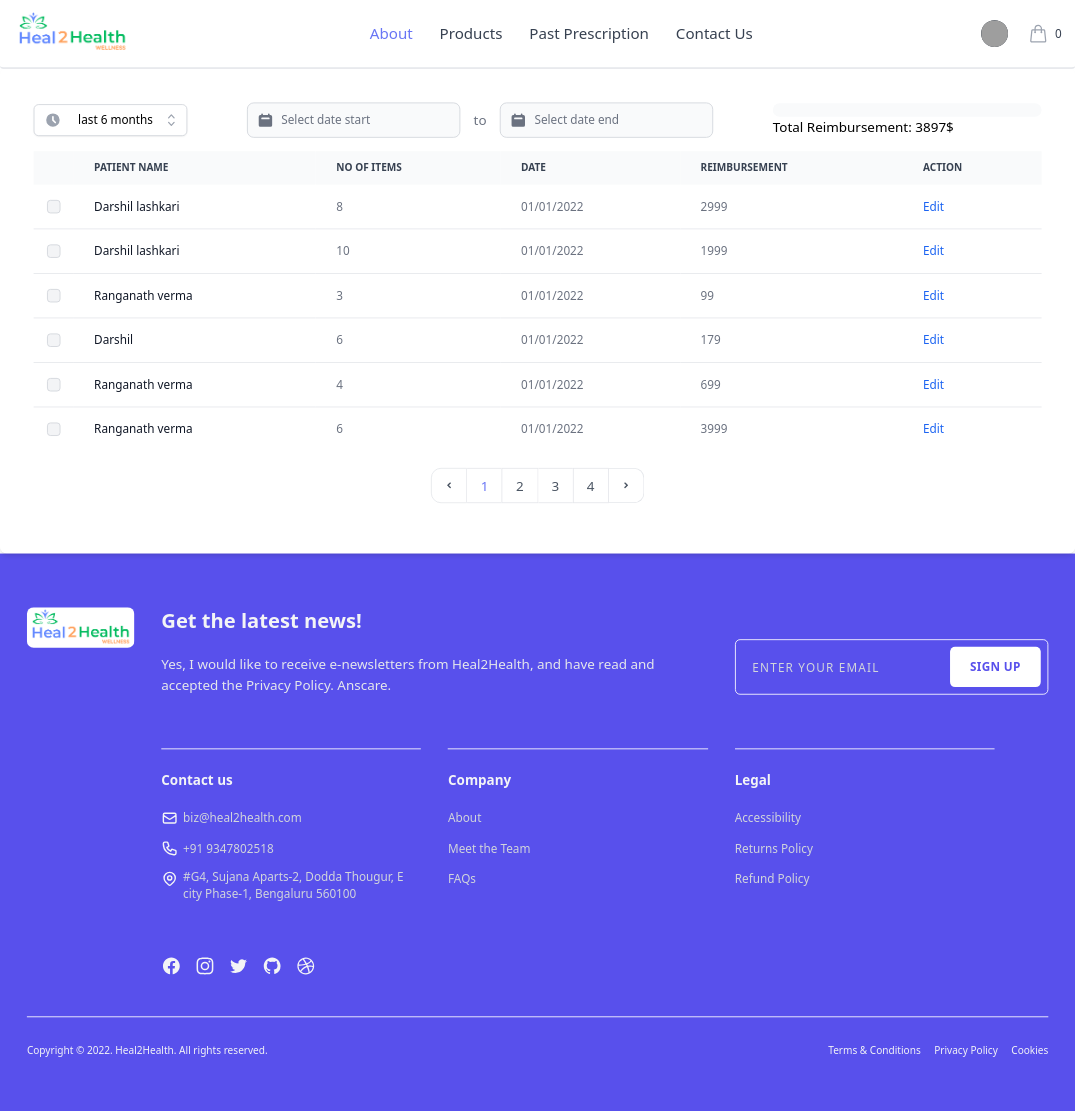
Repository: Akash123-coder/H2H
Page: /pastprescription (app in Frontend/)
An editor plug-in stored every save of this project. The page is shown before and after the next save, followed by the edit.
The browser window is 1280 px wide. The pictures show the whole page, at 84% of full size.
Pictures or frames that could not be fetched are drawn as grey boxes. The project was rebuilt for these pictures with package versions that can differ from the ones it lists, and the page was loaded fresh each time. Also part of the build but not shown: Frontend/vite.config.ts, Frontend/src/pages/About.tsx, Frontend/src/components/Cta.jsx, Frontend/src/pages/Home.jsx, Frontend/src/components/Product.tsx, Frontend/src/pages/Prescription.jsx, Frontend/src/pages/SignUp.jsx, Frontend/src/pages/Login.jsx and 1 more.

Above is the page before, as saved 2022-10-04 13:08:30.

### Frontend/index.html
<!DOCTYPE html>
<html lang="en">
  <head>
    <meta charset="UTF-8" />
    <link rel="icon" type="image/svg+xml" href="/vite.svg" />
    <meta name="viewport" content="width=device-width, initial-scale=1.0" />
    <title>Heal2Health</title>
  </head>
  <body>
    <div id="root"></div>
    <script type="module" src="/src/main.tsx"></script>
  </body>
</html>

### Frontend/src/main.tsx
import React from 'react'
import ReactDOM from 'react-dom/client'
import App from './App'
import './index.css'
import {BrowserRouter} from 'react-router-dom'

ReactDOM.createRoot(document.getElementById('root') as HTMLElement).render(
  <React.StrictMode>
    <BrowserRouter>
    <App />
    </BrowserRouter>
  </React.StrictMode>
)

### Frontend/src/App.jsx
import { Routes, Route } from "react-router-dom";
import Navbar from "./components/Navbar.jsx";
import { ShoppingCartProvider } from "./context/ShoppingCartContext";
import About from "./pages/About";
import Home from "./pages/Home";
import Prescription from "./pages/Prescription";
import SignUp from "./pages/SignUp";
import Footer from "./components/Footer";
import Login from "./pages/Login";
import Cart from "./pages/Cart";
import CompanyNameSelect from "./pages/CompanyNameSelect.jsx";
import PastPrescription from "./pages/PastPrescription.jsx";

function App() {
  return (
    <ShoppingCartProvider>
      <Navbar />
      <Routes>
        <Route path="/" element={<Home />} />
        <Route path="/prescription" element={<Prescription />} />
        <Route path="/about" element={<About />} />
        <Route path="/login" element={<Login />} />
        <Route path="/SignUp" element={<SignUp />} />
        <Route path="/pastprescription" element={<PastPrescription />} />
        {/* <Route path="/SignUp" element={<CompanyNameSelect />} /> */}
      </Routes>
      <Footer />
    </ShoppingCartProvider>
  );
}

export default App;

### Frontend/src/context/ShoppingCartContext.tsx
import {useContext ,useState, createContext ,ReactNode} from 'react'

const ShoppingCartContext = createContext({})

type ShoppingCartProviderProps ={
    children: ReactNode
}
type CartItem = {
    id: number
    quantity:number
}


type ShoppingCartContext ={
    CartQuantity:number
    CartItems:CartItem[]
    getItemQuantity:(id: number) => number
    increaseItemQuantity:(id: number) => void
    decreaseItemQuantity:(id: number) => void
    removeFromCart:(id: number) => void
}

export function useShoppingCart() {
  return ( useContext(ShoppingCartContext)
  )
}

export function ShoppingCartProvider({children}:ShoppingCartProviderProps){
    const [cartItems ,setCartItems] = useState<CartItem>([]);

    const CartQuantity = cartItems.reduce(
        (quantity ,item) => item.quantity + quantity,0
    )

    function getItemQuantity(id : number){
        return cartItems.find( item => item.id === id)?.quantity || 0
    }
    function increaseItemQuantity(id : number){
         setCartItems(currItems =>{
            if(currItems.find(item => item.id === id)==null){
                return [...currItems, {id , quantity : 1}]

            } else {
                return currItems.map(item =>{
                    if(item.id === id ){
                        return {...item ,quantity: item.quantity + 1}
                    }else{
                        return item
                    }
                })
            }
         })
    }
    function decreaseItemQuantity(id: number) {
        setCartItems(currItems => {
          if (currItems.find(item => item.id === id)?.quantity === 1) {
            return currItems.filter(item => item.id !== id)
          } else {
            return currItems.map(item => {
              if (item.id === id) {
                return { ...item, quantity: item.quantity - 1 }
              } else {
                return item
              }
            })
          }
        })
      }
    function removeFromCart(id : number){
        setCartItems(currItems =>{
            return currItems.filter(item =>item.id!==id)
        })
    }
    return (

        <ShoppingCartContext.Provider value = {{getItemQuantity,increaseItemQuantity,decreaseItemQuantity ,removeFromCart,cartItems,CartQuantity}}>
            {children}
        </ShoppingCartContext.Provider>
    )
}

### Frontend/src/pages/PastPrescription.jsx
import React from 'react'
import DatePickercomp from '../components/DatePickercomp';
import Select from '../components/Select';

function PastPrescription() {
  return (
    <div>
      <div class="overflow-x-auto relative shadow-md sm:rounded-lg p-10">
        <div class="flex justify-between items-center pb-4">
          <Select />
          <DatePickercomp />
          <div class="relative">
            <div
              id="table-Reimbursement"
              class="block p-2 pl-10 w-80 h-auto text-sm text-gray-900 bg-gray-50 rounded-lg focus:ring-blue-500 focus:border-blue-500 dark:bg-gray-700 dark:border-gray-600 dark:placeholder-gray-400 dark:text-white dark:focus:ring-blue-500 dark:focus:border-blue-500"
            />
            Total Reimbursement: 3897$
          </div>
        </div>
        <table class="w-full text-sm text-left text-gray-500 dark:text-gray-400">
          <thead class="text-xs text-gray-700 uppercase bg-gray-50 dark:bg-gray-700 dark:text-gray-400">
            <tr>
              <th scope="col" class="p-4">
                <div class="flex items-center">
                  <label for="checkbox-all-search" class="sr-only">
                    checkbox
                  </label>
                </div>
              </th>
              <th scope="col" class="py-3 px-6">
                Patient name
              </th>
              <th scope="col" class="py-3 px-6">
                No of items
              </th>
              <th scope="col" class="py-3 px-6">
                Date
              </th>
              <th scope="col" class="py-3 px-6">
                Reimbursement
              </th>
              <th scope="col" class="py-3 px-6">
                Action
              </th>
            </tr>
          </thead>
          <tbody>
            <tr class="bg-white border-b dark:bg-gray-800 dark:border-gray-700 hover:bg-gray-50 dark:hover:bg-gray-600">
              <td class="p-4 w-4">
                <div class="flex items-center">
                  <input
                    id="checkbox-table-search-1"
                    type="checkbox"
                    class="w-4 h-4 text-blue-600 bg-gray-100 rounded border-gray-300 focus:ring-blue-500 dark:focus:ring-blue-600 dark:ring-offset-gray-800 focus:ring-2 dark:bg-gray-700 dark:border-gray-600"
                  />
                  <label for="checkbox-table-search-1" class="sr-only">
                    checkbox
                  </label>
                </div>
              </td>
              <th
                scope="row"
                class="py-4 px-6 font-medium text-gray-900 whitespace-nowrap dark:text-white"
              >
                Darshil lashkari
              </th>
              <td class="py-4 px-6">8</td>
              <td class="py-4 px-6">01/01/2022</td>
              <td class="py-4 px-6">2999</td>
              <td class="py-4 px-6">
                <a
                  href="#"
                  class="font-medium text-blue-600 dark:text-blue-500 hover:underline"
                >
                  Edit
                </a>
              </td>
            </tr>
            <tr class="bg-white border-b dark:bg-gray-800 dark:border-gray-700 hover:bg-gray-50 dark:hover:bg-gray-600">
              <td class="p-4 w-4">
                <div class="flex items-center">
                  <input
                    id="checkbox-table-search-2"
                    type="checkbox"
                    class="w-4 h-4 text-blue-600 bg-gray-100 rounded border-gray-300 focus:ring-blue-500 dark:focus:ring-blue-600 dark:ring-offset-gray-800 focus:ring-2 dark:bg-gray-700 dark:border-gray-600"
                  />
                  <label for="checkbox-table-search-2" class="sr-only">
                    checkbox
                  </label>
                </div>
              </td>
              <th
                scope="row"
                class="py-4 px-6 font-medium text-gray-900 whitespace-nowrap dark:text-white"
              >
                Darshil lashkari
              </th>
              <td class="py-4 px-6">10</td>
              <td class="py-4 px-6">01/01/2022</td>
              <td class="py-4 px-6">1999</td>
              <td class="py-4 px-6">
                <a
                  href="#"
                  class="font-medium text-blue-600 dark:text-blue-500 hover:underline"
                >
                  Edit
                </a>
              </td>
            </tr>
            <tr class="bg-white border-b dark:bg-gray-800 dark:border-gray-700 hover:bg-gray-50 dark:hover:bg-gray-600">
              <td class="p-4 w-4">
                <div class="flex items-center">
                  <input
                    id="checkbox-table-search-3"
                    type="checkbox"
                    class="w-4 h-4 text-blue-600 bg-gray-100 rounded border-gray-300 focus:ring-blue-500 dark:focus:ring-blue-600 dark:ring-offset-gray-800 focus:ring-2 dark:bg-gray-700 dark:border-gray-600"
                  />
                  <label for="checkbox-table-search-3" class="sr-only">
                    checkbox
                  </label>
                </div>
              </td>
              <th
                scope="row"
                class="py-4 px-6 font-medium text-gray-900 whitespace-nowrap dark:text-white"
              >
                Ranganath verma
              </th>
              <td class="py-4 px-6">3</td>
              <td class="py-4 px-6">01/01/2022</td>
              <td class="py-4 px-6">99</td>
              <td class="py-4 px-6">
                <a
                  href="#"
                  class="font-medium text-blue-600 dark:text-blue-500 hover:underline"
                >
                  Edit
                </a>
              </td>
            </tr>
            <tr class="bg-white border-b dark:bg-gray-800 dark:border-gray-700 hover:bg-gray-50 dark:hover:bg-gray-600">
              <td class="p-4 w-4">
                <div class="flex items-center">
                  <input
                    id="checkbox-table-3"
                    type="checkbox"
                    class="w-4 h-4 text-blue-600 bg-gray-100 rounded border-gray-300 focus:ring-blue-500 dark:focus:ring-blue-600 dark:ring-offset-gray-800 focus:ring-2 dark:bg-gray-700 dark:border-gray-600"
                  />
                  <label for="checkbox-table-3" class="sr-only">
                    checkbox
                  </label>
                </div>
              </td>
              <th
                scope="row"
                class="py-4 px-6 font-medium text-gray-900 whitespace-nowrap dark:text-white"
              >
                Darshil
              </th>
              <td class="py-4 px-6">6</td>
              <td class="py-4 px-6">01/01/2022</td>
              <td class="py-4 px-6">179</td>
              <td class="py-4 px-6">
                <a
                  href="#"
                  class="font-medium text-blue-600 dark:text-blue-500 hover:underline"
                >
                  Edit
                </a>
              </td>
            </tr>
            <tr class="bg-white border-b dark:bg-gray-800 dark:border-gray-700 hover:bg-gray-50 dark:hover:bg-gray-600">
              <td class="p-4 w-4">
                <div class="flex items-center">
                  <input
                    id="checkbox-table-3"
                    type="checkbox"
                    class="w-4 h-4 text-blue-600 bg-gray-100 rounded border-gray-300 focus:ring-blue-500 dark:focus:ring-blue-600 dark:ring-offset-gray-800 focus:ring-2 dark:bg-gray-700 dark:border-gray-600"
                  />
                  <label for="checkbox-table-3" class="sr-only">
                    checkbox
                  </label>
                </div>
              </td>
              <th
                scope="row"
                class="py-4 px-6 font-medium text-gray-900 whitespace-nowrap dark:text-white"
              >
                Ranganath verma
              </th>
              <td class="py-4 px-6">4</td>
              <td class="py-4 px-6">01/01/2022</td>
              <td class="py-4 px-6">699</td>
              <td class="py-4 px-6">
                <a
                  href="#"
                  class="font-medium text-blue-600 dark:text-blue-500 hover:underline"
                >
                  Edit
                </a>
              </td>
            </tr>
            <tr class="bg-white dark:bg-gray-800 hover:bg-gray-50 dark:hover:bg-gray-600">
              <td class="p-4 w-4">
                <div class="flex items-center">
                  <input
                    id="checkbox-table-3"
                    type="checkbox"
                    class="w-4 h-4 text-blue-600 bg-gray-100 rounded border-gray-300 focus:ring-blue-500 dark:focus:ring-blue-600 dark:ring-offset-gray-800 focus:ring-2 dark:bg-gray-700 dark:border-gray-600"
                  />
                  <label for="checkbox-table-3" class="sr-only">
                    checkbox
                  </label>
                </div>
              </td>
              <th
                scope="row"
                class="py-4 px-6 font-medium text-gray-900 whitespace-nowrap dark:text-white"
              >
                Ranganath verma
              </th>
              <td class="py-4 px-6">6</td>
              <td class="py-4 px-6">01/01/2022</td>
              <td class="py-4 px-6">3999</td>
              <td class="py-4 px-6">
                <a
                  href="#"
                  class="font-medium text-blue-600 dark:text-blue-500 hover:underline"
                >
                  Edit
                </a>
              </td>
            </tr>
          </tbody>
        </table>
        <div class="px-5 bg-white py-5 flex flex-col xs:flex-row items-center xs:justify-between">
          <div class="flex items-center">
            <button
              type="button"
              class="w-full p-4 border text-base rounded-l-xl text-gray-600 bg-white hover:bg-gray-100"
            >
              <svg
                width="9"
                fill="currentColor"
                height="8"
                class=""
                viewBox="0 0 1792 1792"
                xmlns="http://www.w3.org/2000/svg"
              >
                <path d="M1427 301l-531 531 531 531q19 19 19 45t-19 45l-166 166q-19 19-45 19t-45-19l-742-742q-19-19-19-45t19-45l742-742q19-19 45-19t45 19l166 166q19 19 19 45t-19 45z"></path>
              </svg>
            </button>
            <button
              type="button"
              class="w-full px-4 py-2 border-t border-b text-base text-indigo-500 bg-white hover:bg-gray-100 "
            >
              1
            </button>
            <button
              type="button"
              class="w-full px-4 py-2 border text-base text-gray-600 bg-white hover:bg-gray-100"
            >
              2
            </button>
            <button
              type="button"
              class="w-full px-4 py-2 border-t border-b text-base text-gray-600 bg-white hover:bg-gray-100"
            >
              3
            </button>
            <button
              type="button"
              class="w-full px-4 py-2 border text-base text-gray-600 bg-white hover:bg-gray-100"
            >
              4
            </button>
            <button
              type="button"
              class="w-full p-4 border-t border-b border-r text-base  rounded-r-xl text-gray-600 bg-white hover:bg-gray-100"
            >
              <svg
                width="9"
                fill="currentColor"
                height="8"
                class=""
                viewBox="0 0 1792 1792"
                xmlns="http://www.w3.org/2000/svg"
              >
                <path d="M1363 877l-742 742q-19 19-45 19t-45-19l-166-166q-19-19-19-45t19-45l531-531-531-531q-19-19-19-45t19-45l166-166q19-19 45-19t45 19l742 742q19 19 19 45t-19 45z"></path>
              </svg>
            </button>
          </div>
        </div>
      </div>
    </div>
  );
}

export default PastPrescription

### Frontend/src/components/DatePickercomp.jsx
// import  React from "react";
// import TextField from "@mui/material/TextField";
// import Box from "@mui/material/Box";
// import { LocalizationProvider } from "@mui/x-date-pickers-pro";
// import { AdapterDayjs } from "@mui/x-date-pickers-pro/AdapterDayjs";
// import { DateRangePicker } from "@mui/x-date-pickers-pro/DateRangePicker";

// export default function BasicDateRangePicker() {
//   const [value, setValue] = React.useState([null, null]);

//   return (
//     <LocalizationProvider
//       dateAdapter={AdapterDayjs}
//       localeText={{ start: "Check-in", end: "Check-out" }}
//     >
//       <DateRangePicker
//         value={value}
//         onChange={(newValue) => {
//           setValue(newValue);
//         }}
//         renderInput={(startProps, endProps) => (
//           <React.Fragment>
//             <TextField {...startProps} />
//             <Box sx={{ mx: 2 }}> to </Box>
//             <TextField {...endProps} />
//           </React.Fragment>
//         )}
//       />
//     </LocalizationProvider>
//   );
// }

import React from 'react'

function DatePickercomp() {
  return (
    <div>
<div date-rangepicker="" class="flex items-center">
  <div class="relative">
    <div class="flex absolute inset-y-0 left-0 items-center pl-3 pointer-events-none">
        <svg aria-hidden="true" class="w-5 h-5 text-gray-500 dark:text-gray-400" fill="currentColor" viewBox="0 0 20 20" xmlns="http://www.w3.org/2000/svg"><path fill-rule="evenodd" d="M6 2a1 1 0 00-1 1v1H4a2 2 0 00-2 2v10a2 2 0 002 2h12a2 2 0 002-2V6a2 2 0 00-2-2h-1V3a1 1 0 10-2 0v1H7V3a1 1 0 00-1-1zm0 5a1 1 0 000 2h8a1 1 0 100-2H6z" clip-rule="evenodd"></path></svg>
    </div>
    <input name="start" type="text" class="bg-gray-50 border border-gray-300 text-gray-900 sm:text-sm rounded-lg focus:ring-blue-500 focus:border-blue-500 block w-full pl-10 p-2.5 dark:bg-gray-700 dark:border-gray-600 dark:placeholder-gray-400 dark:text-white dark:focus:ring-blue-500 dark:focus:border-blue-500 datepicker-input" placeholder="Select date start"/>
  </div>
  <span class="mx-4 text-gray-500">to</span>
  <div class="relative">
    <div class="flex absolute inset-y-0 left-0 items-center pl-3 pointer-events-none">
        <svg aria-hidden="true" class="w-5 h-5 text-gray-500 dark:text-gray-400" fill="currentColor" viewBox="0 0 20 20" xmlns="http://www.w3.org/2000/svg"><path fill-rule="evenodd" d="M6 2a1 1 0 00-1 1v1H4a2 2 0 00-2 2v10a2 2 0 002 2h12a2 2 0 002-2V6a2 2 0 00-2-2h-1V3a1 1 0 10-2 0v1H7V3a1 1 0 00-1-1zm0 5a1 1 0 000 2h8a1 1 0 100-2H6z" clip-rule="evenodd"></path></svg>
    </div>
    <input name="end" type="text" class="bg-gray-50 border border-gray-300 text-gray-900 sm:text-sm rounded-lg focus:ring-blue-500 focus:border-blue-500 block w-full pl-10 p-2.5 dark:bg-gray-700 dark:border-gray-600 dark:placeholder-gray-400 dark:text-white dark:focus:ring-blue-500 dark:focus:border-blue-500 datepicker-input" placeholder="Select date end"/>
</div>
</div>
</div>
  )
}

export default DatePickercomp

### Frontend/tailwind.config.cjs
/** @type {import('tailwindcss').Config} */
module.exports = {
  content: [
    "./src/**/*.{js,jsx,ts,tsx}",
    "node_modules/flowbite-react/**/*.{js,jsx,ts,tsx}",
  ],
  theme: {
    extend: {},
  },
  plugins: [require("flowbite/plugin"), require("@tailwindcss/forms")],
};

Loaded but not shown: Frontend/src/index.css (common file); Frontend/src/components/Footer.jsx (300 lines, source omitted); Frontend/src/pages/Cart.jsx (227 lines, source omitted); Frontend/src/components/Navbar.jsx (181 lines, source omitted); Frontend/src/components/Select.jsx (122 lines, source omitted)

After the next save:
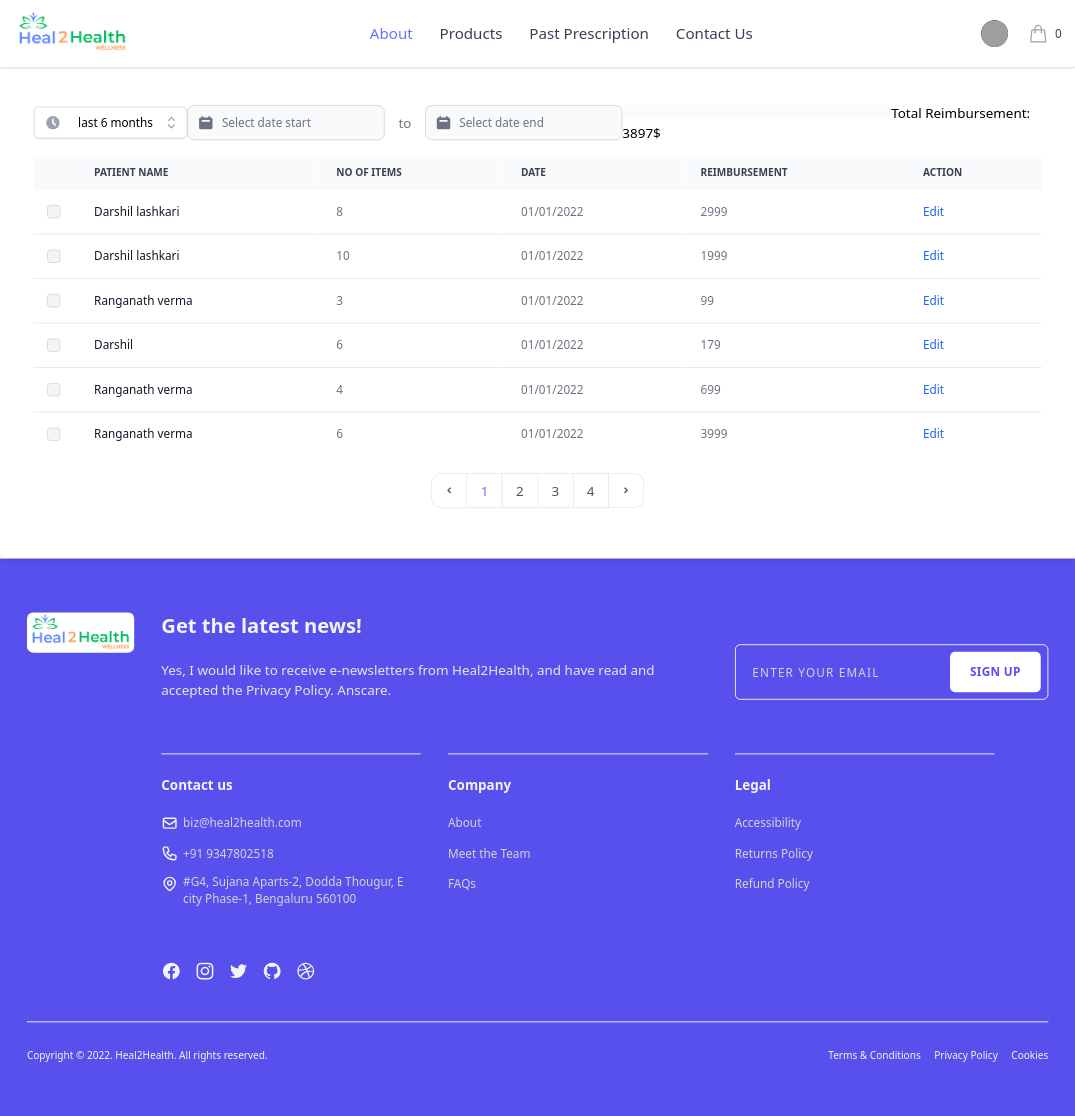
Saved 17 s later.
--- a/Frontend/src/pages/PastPrescription.jsx
+++ b/Frontend/src/pages/PastPrescription.jsx
@@ -12,7 +12,7 @@ function PastPrescription() {
           <div class="relative">
             <div
               id="table-Reimbursement"
-              class="block p-2 pl-10 w-80 h-auto text-sm text-gray-900 bg-gray-50 rounded-lg focus:ring-blue-500 focus:border-blue-500 dark:bg-gray-700 dark:border-gray-600 dark:placeholder-gray-400 dark:text-white dark:focus:ring-blue-500 dark:focus:border-blue-500"
+              class="inline-block p-2 pl-10 w-80 h-auto text-sm text-gray-900 bg-gray-50 rounded-lg focus:ring-blue-500 focus:border-blue-500 dark:bg-gray-700 dark:border-gray-600 dark:placeholder-gray-400 dark:text-white dark:focus:ring-blue-500 dark:focus:border-blue-500"
             />
             Total Reimbursement: 3897$
           </div>
